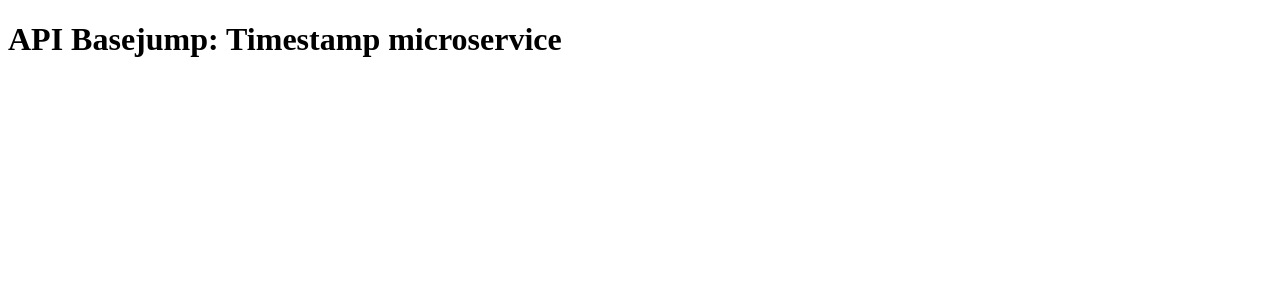
Repository: sunshuhan/timestamp
Page: workspace/public/index.html
The author's editor kept a record of every edit. The page is drawn from the files as they stood at one moment, then again after the next edit.
The browser window is 1280 px wide. The pictures show the whole page.

Above is the page before.

### workspace/public/index.html
<!DOCTYPE html>
<html>
    <head>
        <title>sunshuhan</title>
    </head>
    <body>
        <h1>API Basejump: Timestamp microservice </h1>
        <div>

        </div>
    </body>
</html>

After the next edit:
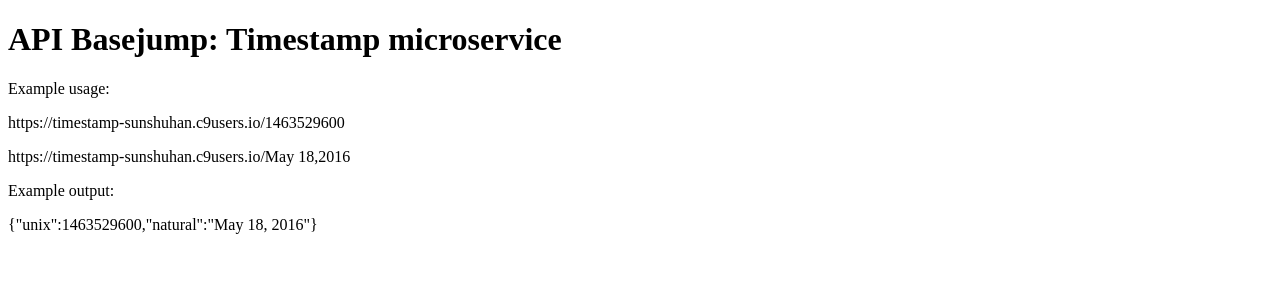
The edit:
--- a/workspace/public/index.html
+++ b/workspace/public/index.html
@@ -6,7 +6,11 @@
     <body>
         <h1>API Basejump: Timestamp microservice </h1>
         <div>
-
+            <p>Example usage:</p>
+            <p>https://timestamp-sunshuhan.c9users.io/1463529600</p>
+            <p>https://timestamp-sunshuhan.c9users.io/May 18,2016</p>
+            <p>Example output:</p>
+            <p>{"unix":1463529600,"natural":"May 18, 2016"}</p>
         </div>
     </body>
 </html>
